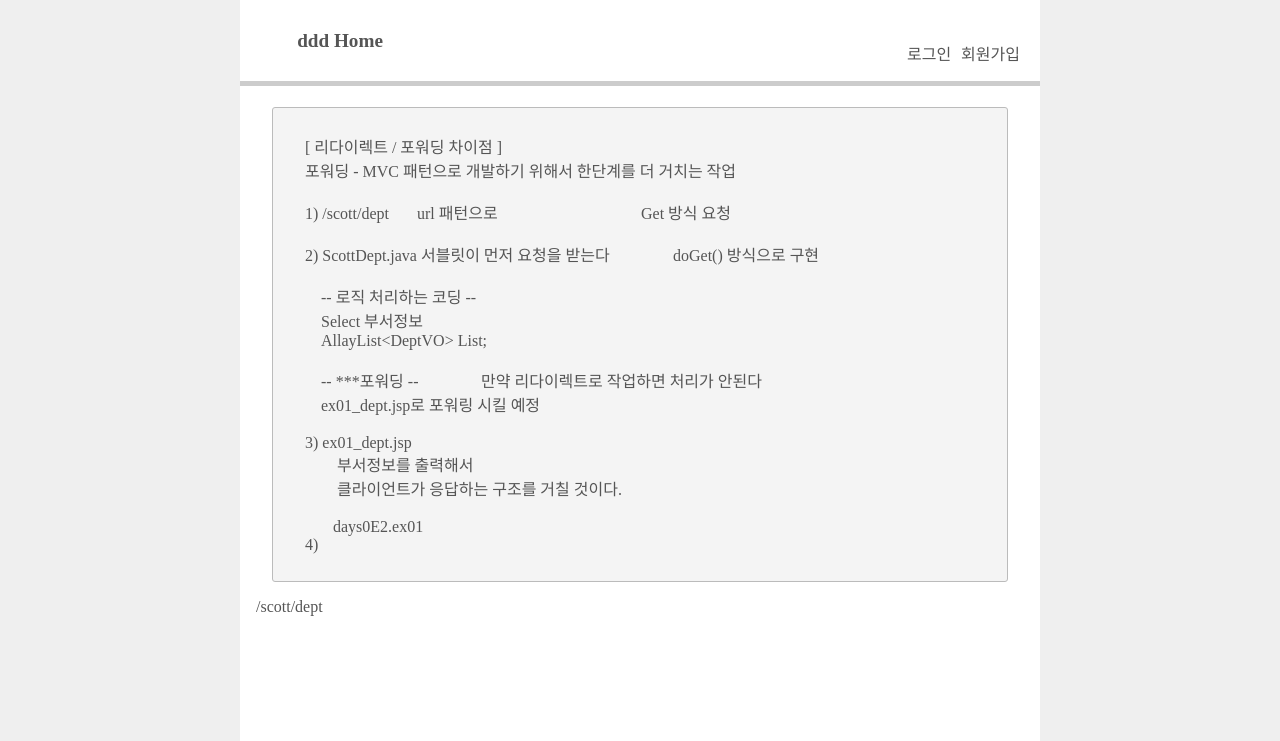
Repository: Deneb0000/JSP
Page: http://localhost/jspPro/days04/ex01.jsp
The author's editor kept a copy of each file at every save. The page is drawn from the files as they stood at one save, then again after the next save.
The browser window is 1280 px wide. The pictures show the whole page.
Some web fonts or font styles are not loaded; a fallback is used. The page is served by Tomcat 9. Other server files are loaded and not shown.

Above is the page before, as saved 2024-10-18 01:02:38.

### jspPro/src/main/webapp/days04/ex01.jsp
<%@ page contentType="text/html; charset=UTF-8" pageEncoding="UTF-8"%>
<!DOCTYPE html>
<html>
<head>
<meta charset="UTF-8">
<title>Insert title here</title>
<link rel="shortcut icon" type="image/x-icon" href="http://localhost/jspPro/images/SiSt.ico">
<script src="https://ajax.googleapis.com/ajax/libs/jquery/3.7.1/jquery.min.js"></script>
<meta name="viewport" content="width=device-width, initial-scale=1.0">
<meta name="google" content="notranslate">
<link rel="stylesheet" href="http://localhost/jspPro/resources/cdn-main/example.css">
<script src="http://localhost/jspPro/resources/cdn-main/example.js"></script>
<style>
 span.material-symbols-outlined{
    vertical-align: text-bottom;
 }
</style>
</head>
<body>
<header>
  <h1 class="main"><a href="#" style="position: absolute;top:30px;">ddd Home</a></h1>
  <ul>
    <li><a href="#">로그인</a></li>
    <li><a href="#">회원가입</a></li>
  </ul>
</header>
<div>
  <xmp class="code">
    [ 리다이렉트 / 포워딩 차이점 ]
    포워딩 - MVC 패턴으로 개발하기 위해서 한단계를 더 거치는 작업

    1) /scott/dept	url 패턴으로 					Get 방식 요청

    2) ScottDept.java 서블릿이 먼저 요청을 받는다		doGet() 방식으로 구현

    	-- 로직 처리하는 코딩 --
    	Select 부서정보
    	AllayList<DeptVO> List;

    	-- ***포워딩 --		만약 리다이렉트로 작업하면 처리가 안된다
    	ex01_dept.jsp로 포워링 시킬 예정

    3) ex01_dept.jsp
	    부서정보를 출력해서
	    클라이언트가 응답하는 구조를 거칠 것이다.

	   days0E2.ex01
    4)
  </xmp>
  <%
  //	"/jspPro" 선언
  String contextPath = request.getContextPath();
  %>
  <a href="<%= contextPath %>/scott/dept">/scott/dept</a>
</div>
</body>
</html>

### jspPro/src/main/webapp/resources/cdn-main/example.css
@charset "UTF-8";

@import url('https://fonts.googleapis.com/css2?family=Material+Symbols+Outlined:opsz,wght,FILL,GRAD@20..48,100..700,0..1,-50..200');

@font-face {
    font-family: 'GmarketSansMedium';
    src: url('https://cdn.jsdelivr.net/gh/projectnoonnu/noonfonts_2001@1.1/GmarketSansMedium.woff') format('woff');
    font-weight: normal;
    font-style: normal;
}

:root {
	--text-color: #555;
	--sub-text-color: #777;
	--back-color: #EFEFEF;
	--header-color: #444;
	--primary-color: #DEDEDE;
	--secondary-color: #EFEFEF;
	--default-width: 800px;
	--narrow-width: 500px;
	--wide-width: 1200px;
	--text-font: 'GmarketSansMedium';
	--icon-font: 'Material Symbols Outlined';
	--border-color: #CCC;
}

html, body {
	margin: 0;
	padding: 0;
}

html {
	background-color: var(--back-color);
	display: flex;
	justify-content: center;
	min-height: 100vh;
}

body, body.default {
	width: var(--default-width);
	background-color: white;
	padding-bottom: 120px;
}

body.wide {
	width: var(--wide-width);
}

body.narrow {
	width: var(--narrow-width);
}



body, p, div, span, a, input, select, option, textarea, button, table, th, td, label, fieldset, legend {
	font-family: var(--text-font);
	color: var(--text-color);
}

h1, h2, h3 {
	font-family: var(--text-font);
	color: var(--header-color);
	padding: 0 1rem;
	padding-top: .5rem;
}

div > h1, div > h2, div > h3 {
	padding: 0;
}

body > div, body > main > div {
	padding: 0.3rem 1rem;
}


h1 { font-size: 2rem; border-bottom: 1px solid var(--border-color); }
h1 small { font-size: 1.2rem; color: var(--sub-text-color); }
h2 { font-size: 1.5rem; border-bottom: 1px dashed var(--border-color); }
h2 small { font-size: 1.1rem; color: --sub-text-color; }
h3 { font-size: 1.2rem; }
h3 small { font-size: 1rem; color: --sub-text-color; }



h1.main::before {
	font-family: var(--icon-font);
  	content: '\e666';
  	margin-right: 10px;
  	float: left;
	font-size: 2.5rem;
}

h1.sub::before {
	font-family: var(--icon-font);
  	content: '\ea19';
  	margin-right: 10px;
  	float: left;
	font-size: 2.5rem;
}


h1.page::before {
	font-family: var(--icon-font);
  	content: '\e0e0';
  	margin-right: 10px;
  	float: left;
	font-size: 2.5rem;
}

body > header > ul > li > .active{
	background-color: #FFF;
	color:#F00;
}

body > header {
	display: flex;
	justify-content: space-between;
	border-bottom: 5px solid var(--border-color);
	min-height: 74px;
	background-color: #FFF;
}

body > header.sticky {
	position: sticky;
	top: 0;
	z-index: 98;
}

body > header > h1 {
	font-size: 1.2rem;
	border: 0;
}

body > header.in > h1::before {
	font-family: var(--icon-font);
  	content: '\e332‥';
  	margin-right: 3px;
  	float: left;
	font-size: 2rem;
}


body > header > ul {
	list-style-type: none;
	display: flex;
	align-items: flex-end;
	margin-right: 10px;
}

body > header > ul > li {
	margin-right: 10px;
	cursor: pointer;
}

body > header > ul > li > a {
	cursor: pointer;
}


form {
	display: block;
}

form > div {
	padding: 0.3rem 1rem;
}

div > form > div {
	padding: 0.3rem 0;
}

input, textarea, button, select {
	border: 1px solid #BBB;
	border-radius: 3px;
	outline: none;
	resize: none;
	padding: 7px;
	margin: 0;
}

input[type=text]:read-only, textarea:read-only {
	cursor: not-allowed;
	background-color: #FFF;
}

input[type=text]:disabled, textarea:disabled {
	cursor: not-allowed;
	background-color: #EEE;
}

input[type=text], input[type=password], textarea, button, select {
	/* width: 300px; */
}

textarea {
	display: block;
	height: 100px;
}

input[type=button], input[type=submit], button {
	/* width: inherit; */
}

input.short, textarea.short, button.short, select.short {
	width: 100px;
}

input.long, textarea.long, button.long, select.long {
	width: 350px;
}

.narrow input.long, .narrow textarea.long, .narrow button.long, .narrow select.long {
	width: calc(100% - 20px);
}

input.full, textarea.full, button.full, select.full {
	width: calc(100% - 20px);
}

textarea.short {
	height: 50px;
}

textarea.long {
	height: 100px;
}

textarea.full {
	height: 200px;
}

input, textarea {
	padding-top: 8px;
}

input[type=button], input[type=submit], button {
	padding: 5px 10px;
	background-color: var(--secondary-color);
	cursor: pointer;
	min-height: 36px;
}

input[type=button].primary, input[type=submit].primary, button.primary {
	/* background-color: rgba(100, 149, 237, .2); */
	background-color: var(--primary-color);
}

input[type=button].primary:hover, input[type=submit].primary:hover, button.primary:hover {
	/* background-color: rgba(100, 149, 237, .3); */
	background-color: var(--secondary-color);
}

input[type=button]:hover, input[type=submit]:hover, button:hover {
	background-color: var(--primary-color);
}

button {
	position: relative;
	left: 0;
	top: 0;
	padding-left: 35px;
}

button .material-symbols-outlined {
	position: absolute;
	left: 10px;
	top: 4px;
}

/* k2nik add */
button.login::before {
	font-family: var(--icon-font);
  	content: '\ea77';
	position: absolute;
	left: 11px;
	top: 4px;
	font-size: 1.25rem;
}

/* k2nik logout */
button.logout::before {
	font-family: var(--icon-font);
  	content: '\e9ba';
	position: absolute;
	left: 11px;
	top: 4px;
	font-size: 1.25rem;
}

/* k2nik help */
button.help::before {
	font-family: var(--icon-font);
  	content: '\f1c0';
	position: absolute;
	left: 11px;
	top: 4px;
	font-size: 1.25rem;
}

button.add::before{
	font-family: var(--icon-font);
  	content: '\e746';
	position: absolute;
	left: 11px;
	top: 4px;
	font-size: 1.25rem;
}

button.back::before {
	font-family: var(--icon-font);
  	content: '\e166';
	position: absolute;
	left: 11px;
	top: 4px;
	font-size: 1.25rem;
}

button.list::before {
	font-family: var(--icon-font);
  	content: '\e0ee';
	position: absolute;
	left: 11px;
	top: 4px;
	font-size: 1.25rem;
}


button.del::before {
	font-family: var(--icon-font);
  	content: '\e872';
	position: absolute;
	left: 11px;
	top: 4px;
	font-size: 1.25rem;
}


button.edit::before {
	font-family: var(--icon-font);
  	content: '\e745';
	position: absolute;
	left: 11px;
	top: 4px;
	font-size: 1.25rem;
}


button.login::before {
	font-family: var(--icon-font);
  	content: '\ea77';
	position: absolute;
	left: 11px;
	top: 4px;
	font-size: 1.25rem;
}


button.logout::before {
	font-family: var(--icon-font);
  	content: '\e9ba';
	position: absolute;
	left: 11px;
	top: 4px;
	font-size: 1.25rem;
}


button.in::before {
	font-family: var(--icon-font);
  	content: '\f71a';
	position: absolute;
	left: 11px;
	top: 4px;
	font-size: 1.25rem;
}


button.out::before {
	font-family: var(--icon-font);
  	content: '\f70e';
	position: absolute;
	left: 11px;
	top: 4px;
	font-size: 1.25rem;
}


button.reply::before {
	font-family: var(--icon-font);
  	content: '\e15e';
	position: absolute;
	left: 11px;
	top: 4px;
	font-size: 1.25rem;
}


button.comment::before {
	font-family: var(--icon-font);
  	content: '\e0b9';
	position: absolute;
	left: 11px;
	top: 4px;
	font-size: 1.25rem;
}


button.modal::before {
	font-family: var(--icon-font);
  	content: '\e89e';
	position: absolute;
	left: 11px;
	top: 4px;
	font-size: 1.25rem;
}


button.ok::before {
	font-family: var(--icon-font);
  	content: '\e86c';
	position: absolute;
	left: 11px;
	top: 4px;
	font-size: 1.25rem;
}


button.cancel::before {
	font-family: var(--icon-font);
  	content: '\e5c9';
	position: absolute;
	left: 11px;
	top: 4px;
	font-size: 1.25rem;
}

button.search::before {
	font-family: var(--icon-font);
  	content: '\e8b6';
	position: absolute;
	left: 11px;
	top: 4px;
	font-size: 1.25rem;
}

button.home::before {
	font-family: var(--icon-font);
  	content: '\e88a';
	position: absolute;
	left: 11px;
	top: 4px;
	font-size: 1.25rem;
}


button.sidebar::before {
	font-family: var(--icon-font);
  	content: '\f7e4';
	position: absolute;
	left: 11px;
	top: 4px;
	font-size: 1.25rem;
}


button.sidebar-right::before {
	font-family: var(--icon-font);
  	content: '\f7e5';
	position: absolute;
	left: 11px;
	top: 4px;
	font-size: 1.25rem;
}




button::before {
	font-family: var(--icon-font);
  	content: '\e323';
	position: absolute;
	left: 11px;
	top: 4px;
	font-size: 1.25rem;
}


table {
	border-collapse: collapse;
	margin: 1rem;
	box-sizing: border-box;
	width: calc(100% - 32px);
}

table.content {
	width: auto;
}

div > table {
	margin: 0;
}

table th, table td {
	border: 1px solid var(--border-color);
	padding: 7px;
	font-weight: normal;
}

table th {
	background-color: var(--back-color);
}

table.vertical th {
	width: 150px;
}

table.vertical td {
	width: calc(100% - 182px);
	padding-left: 10px;
}

table.content td, table.content th {
	width: auto;
}

body.narrow table.vertical th {
	width: 100px;
}

body.narrow table.vertical td {
	width: calc(100% - 182px);
}


table + table {
	margin-top: 30px;
}


p {
	padding: 0 1rem;
}

a {
	text-decoration: none;
}

a:hover {
	color: rgba(255, 99, 71, .7);
}

hr {
	border: 0;
	border-top: 1px solid var(--border-color);
	margin: 2rem 0;
}

.message {
	border: 1px solid var(--border-color);
	background-color: #EFEFEF;
	margin: 1rem;
	width: auto;
	padding-top: 10px;
	padding-bottom: 10px;
	font-size: 14px;
}

.message[title]::before {
	content: attr(title);
	display: block;
	border-bottom: 1px solid var(--border-color);
	padding-bottom: 5px;
	margin-bottom: 10px;
	margin-top: 7px;
}

.message.short {
	max-width: 250px;
}

.message.long {
	max-width: 500px;
}

.badge {
	float: right;
	font-size: .8rem;
	margin-top: 2px;
	margin-right: 2px;
	text-shadow: 0 0 7px gray;
}

.badge.left {
	float: none;
	margin-left: 2px;
}

.badge.right {
	float: right;
}

.badge.red {
	border-radius: 50%;
	padding: 2px 5px;
	background-color: rgb(255, 99, 71, .3);
}

.badge.yellow {

	border-radius: 50%;
	padding: 2px 5px;
	background-color: rgb(255, 215, 0, .5);
}

.badge.blue {
	border-radius: 50%;
	padding: 2px 5px;
	background-color: rgb(100, 149, 237, .3);
}

label + label {
	margin-left: 7px;
}

label input[type=checkbox], label input[type=radio] {
	transform: translate(0, 1px);
}

.group {
	display: flex;
}

.modal-content .group {
	margin-bottom: .5rem;
}

.group label {
	border: 1px solid #BBB;
	border-radius: 3px;
	outline: none;
	resize: none;
	padding: 7px 14px;
	margin: 0;
	border-top-right-radius: 0;
	border-bottom-right-radius: 0;
	background-color: #EFEFEF;
	white-space: nowrap;
	font-size: 14px;
}

.group input[type=text] {
	margin-left: -1px;
	border-top-left-radius: 0;
	border-bottom-left-radius: 0;
}

.group select {
	margin-left: -1px;
	border-top-left-radius: 0;
	border-bottom-left-radius: 0;
}

.group input.full[type=text] {
	margin-left: -1px;
	border-top-left-radius: 0;
	border-bottom-left-radius: 0;
	width: 100%;
}

.group input[type=button]:first-child, .group button:first-child {
	border-top-left-radius: 3px;
	border-bottom-left-radius: 3px;
	margin-left: 0px;
}

.group input[type=button], .group button {
	border-radius: 0;
	margin-left: -1px;
}

.group input[type=button]:last-child, .group button:last-child {
	margin-left: -1px;
	border-top-right-radius: 3px;
	border-bottom-right-radius: 3px;
}

.seperate {
	display: flex;
	justify-content: space-between;
}

div.list {
	width: max-content;
	margin: 1rem;
	border: 1px solid #BBB;
	border-radius: 3px;
	padding: 0;
}

div.list.full {
	width: auto;
	display: block;
	margin: 1rem;
	border: 1px solid #BBB;
	border-radius: 3px;
	padding: 0;
}

div.list > div {
	padding: .5rem 1rem;
	margin: 0;
	border-bottom: 1px solid #BBB;
}

div.list > div:last-child {
	border-bottom: 0;
}

pre.code , xmp.code{
	font-family: consols;
	background-color: rgba(150, 150, 150, .1);
	border: 1px solid #BBB;
	border-radius: 3px;
	padding: .5rem 1rem;
	padding-bottom: .6rem;
	margin: 1rem;
}




*[data-modal-window] {
	position: fixed;
	background-color: rgba(0, 0, 0, .3);
	left: 0;
	top: 0;
	display: none;
	justify-content: center;
	align-items: flex-start;
	width: 100%;
	min-height: 100vh;
	z-index: 100;
	opacity: 0;
	transition: 500ms all;
}

*[data-modal-window] .modal-container {
	border-radius: 5px;
	padding: 1rem;
	padding-bottom: .5rem;
	margin-top: -500px;
	opacity: 0;
	width: 500px;
	background-color: #FFF;
	margin-right: 2rem;
	transition: 500ms all;
}

*[data-modal-size=content] .modal-container {
	width: auto;
}

*[data-modal-size=narrow] .modal-container {
	width: 300px;
}

*[data-modal-size=wide] .modal-container {
	width: 760px;
}


*[data-modal-window] .modal-header {
	border-bottom: 1px solid var(--border-color);
	padding: 2px 5px;
}

*[data-modal-window] .modal-content {
	padding: 1rem 5px;
}

*[data-modal-window] .modal-content div:last-child {
	margin-top: 1rem;
	text-align: right;
}



*[data-sidebar-window] {
	position: fixed;
	background-color: #FFF;
	left: 0;
	top: 0;
	display: block;
	width: 300px;
	border-right: 1px solid var(--border-color);
	box-sizing: border-box;
	box-shadow: 0 0 3px var(--back-color);
	min-height: 100vh;
	z-index: 99;
	transform: translate(-300px, 0);
	transition-duration: 500ms;
	transition-property: transform;
}

*[data-sidebar-direction=right] {
	left: auto;
	right: 0;
	transform: translate(300px, 0);
	border-left: 1px solid var(--border-color);
}

*[data-sidebar-size=wide] {
	width: 500px;
	transform: translate(-500px, 0);
}

*[data-sidebar-window] .sidebar-title {
	border-bottom: 1px solid var(--border-color);
	margin-top: 20px;
	margin-bottom: 20px;
	padding-bottom: 5px;
	display: flex;
	justify-content: space-between;
}

*[data-sidebar-window] .sidebar-title span:last-child {
	cursor: pointer;
}


/* K2Nik pagination */
.center {
  text-align: center;
}

.pagination {
  display: inline-block;
}

.pagination a {
  color: black;
  float: left;
  padding: 3px 6px;
  text-decoration: none;
  transition: background-color .3s;
  border: 1px solid #ddd;
  margin: 0 3px;
}

.pagination a.active {
  background-color: #4CAF50;
  color: white;
  border: 1px solid #4CAF50;
}

.pagination a:hover:not(.active) {background-color: #ddd;}

### jspPro/src/main/webapp/resources/cdn-main/example.js

window.onload = () => {

    const list = document.querySelectorAll('input, textarea');

    list.forEach(item => {
        item.setAttribute('autocomplete', 'off');
    });


    const modal_btn_list = document.querySelectorAll('*[data-modal-button]');

    modal_btn_list.forEach(item => {
        item.onclick = function() {

            const name = this.dataset['modalButton'];
            const modal_window = document.querySelector('*[data-modal-window=' + name);

            const container = document.createElement('div');
            container.className = 'modal-container';



            const modal_header = document.createElement('div');
            modal_header.textContent = modal_window.dataset['modalTitle'];
            modal_header.className = 'modal-header';
            container.appendChild(modal_header);

            const modal_content = document.createElement('div');
            modal_content.className = 'modal-content';
            container.appendChild(modal_content);

            Array.from(modal_window.childNodes).forEach(item => {
                modal_content.appendChild(item);
            });

            modal_window.appendChild(container);

            modal_window.style.display = 'flex';

            setTimeout(() => {
                modal_window.style.opacity = 1;
                container.style.marginTop = '20px';
                container.style.opacity = 1;
            }, 50);


            const modal_ok = document.querySelector('*[data-modal-ok=' + name);
            modal_ok.addEventListener('click', function() {
                modal_window.style.opacity = 0;
                container.style.marginTop = '-500px';
                container.style.opacity = 0;

                setTimeout(() => {
                    modal_window.innerHTML = modal_content.innerHTML;
                    modal_window.style.display = 'none';
                }, 500);

            });

            const modal_cancel = document.querySelector('*[data-modal-cancel=' + name);
            modal_cancel.addEventListener('click', function() {

                modal_window.style.opacity = 0;
                container.style.marginTop = '-500px';
                container.style.opacity = 0;

                setTimeout(() => {
                    modal_window.innerHTML = modal_content.innerHTML;
                    modal_window.style.display = 'none';
                }, 500);
            });


        };
    });


    const sidebar_btn_list = document.querySelectorAll('*[data-sidebar-button]');

    sidebar_btn_list.forEach(item => {
        item.onclick = function() {



            const name = this.dataset['sidebarButton'];
            const sidebar_window = document.querySelector('*[data-sidebar-window=' + name);

            if (sidebar_window.style.transform == 'translate(0px, 0px)') return;



            sidebar_window.style.transform = 'translate(0, 0)';

            const sidebar_title = document.createElement('div');
            sidebar_title.className = 'sidebar-title';
            sidebar_title.innerHTML = '<span>' + sidebar_window.dataset['sidebarTitle'] + '</span><span class="material-symbols-outlined">close</span>';

            sidebar_title.children[1].onclick = function() {

                let sign = 1;
                let distance = 300;

                if (sidebar_window.dataset['sidebarDirection'] != 'right') {
                    sign = -1;
                } else {
                    sign = 1;
                }

                if (sidebar_window.dataset['sidebarSize'] != 'wide') {
                    distance = 300;
                } else {
                    distance = 500;
                }

                distance *= sign;

                sidebar_window.style.transform = 'translate(' + distance + 'px, 0)';

                setTimeout(function() {
                    sidebar_window.removeChild(sidebar_window.children[0]);
                }, 500);
            };


            sidebar_window.prepend(sidebar_title);

        }
    });

};

// window.onkeydown = function(event) {

//     if (event.keyCode == 27) {
//         if (document.querySelector('[data-modal-window').style.display == 'flex') {
//             document.querySelector('[data-modal-window').style.display = 'none';
//         }
//     }

// };

After the next save:
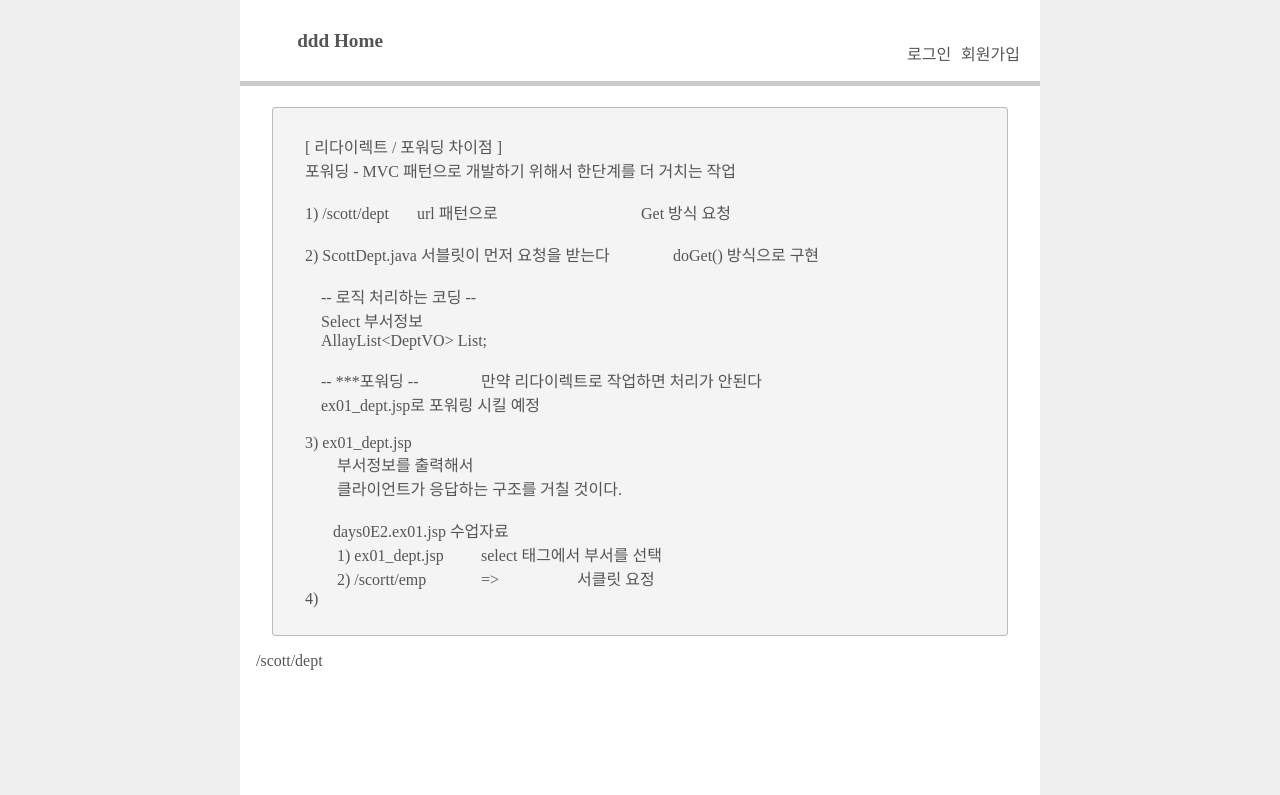
Saved 84 s later.
--- a/jspPro/src/main/webapp/days04/ex01.jsp
+++ b/jspPro/src/main/webapp/days04/ex01.jsp
@@ -44,7 +44,9 @@
 	    부서정보를 출력해서
 	    클라이언트가 응답하는 구조를 거칠 것이다.
 
-	   days0E2.ex01
+	   days0E2.ex01.jsp 수업자료
+	    1) ex01_dept.jsp		select 태그에서 부서를 선택
+	    2) /scortt/emp 		=>			서클릿 요정
     4)
   </xmp>
   <%
